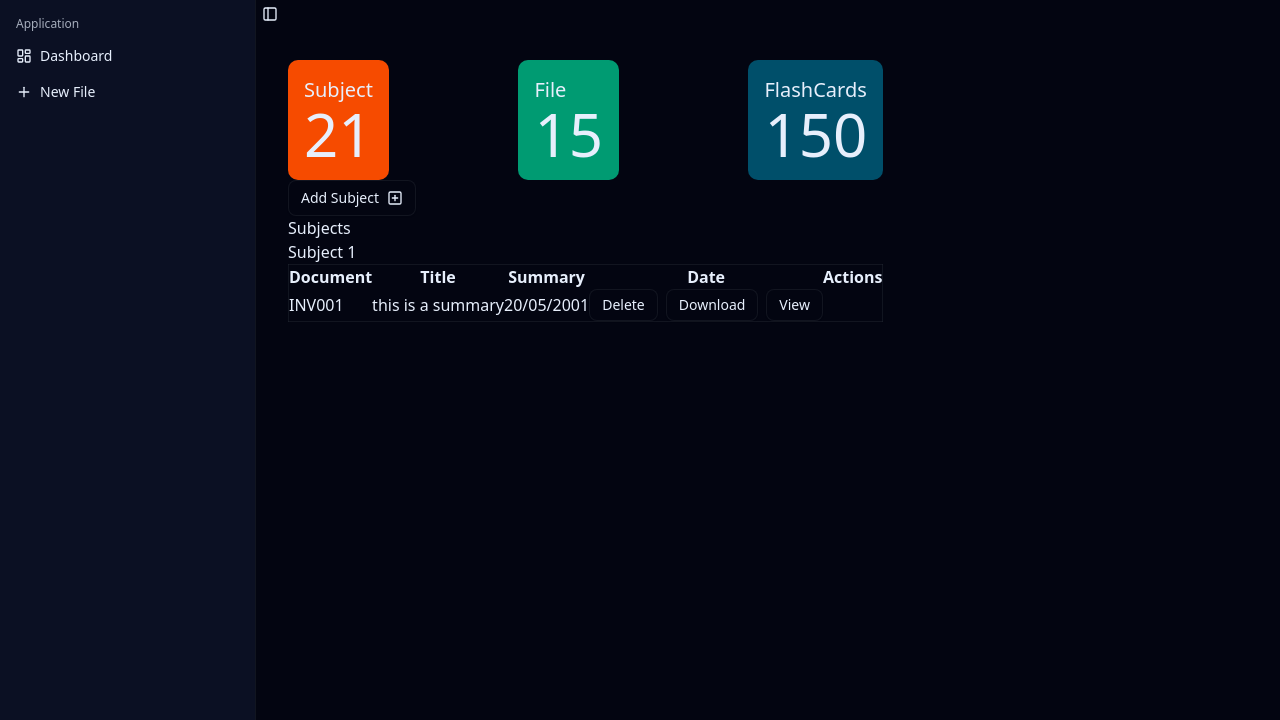
Repository: SywarDer/Student-Assistance
Page: /dashboard (app in student-assistant/)
The author's editor kept a copy of each file at every save. The page is drawn from the files as they stood at one save, then again after a run of saves.
The browser window is 1280 px wide. The pictures show the whole page.
The project was rebuilt for these pictures with package versions that can differ from the ones it lists, and the page was loaded fresh each time. The framework's server and built-in components were replaced by stand-ins that run in the browser. Also part of the build but not shown: student-assistant/next.config.ts, student-assistant/components/ui/input.tsx, student-assistant/components/ui/separator.tsx, student-assistant/components/ui/skeleton.tsx. Imported but missing from the stored project, and not drawn on this page: student-assistant/components/ui/sheet.

Above is the page before, as saved 2025-10-30 20:35:03.

### student-assistant/app/layout.tsx
import type { Metadata } from "next";
import { Geist, Geist_Mono } from "next/font/google";
import "./globals.css";
import { SidebarProvider, SidebarTrigger } from "@/components/ui/sidebar";
import { AppSidebar } from "./home/components/navBar";

const geistSans = Geist({
  variable: "--font-geist-sans",
  subsets: ["latin"],
});

const geistMono = Geist_Mono({
  variable: "--font-geist-mono",
  subsets: ["latin"],
});

export const metadata: Metadata = {
  title: "Create Next App",
  description: "Generated by create next app",
};

export default function RootLayout({
children,
}: Readonly<{
  children: React.ReactNode;
}>) {
  return (
    <html lang="en">
      <body
        className={`${geistSans.variable} ${geistMono.variable} antialiased`}
      >
        <SidebarProvider>
      <AppSidebar />
      <main>
        <SidebarTrigger />
        {children}
         </main>
    </SidebarProvider>
      </body>
    </html>
  );
}

### student-assistant/app/dashboard/page.tsx
import { Button } from "@/components/ui/button";
import { Input } from "@/components/ui/input";
import { TableCaption, TableHeader, TableRow, TableHead, TableBody, TableCell, TableFooter } from "@/components/ui/table";
import { Popover, PopoverTrigger, PopoverContent } from "@radix-ui/react-popover";
import { PlusSquare, Table } from "lucide-react";
import { Label } from "recharts";

export default function Dashboard() {
    const documents = [
        {
            id:"1",
            title: "INV001",
            date: "20/05/2001",
            summary: "this is a summary",
            actions: <div className="flex">
                <Button variant="outline" size="sm" className="mr-2">Delete</Button>
                <Button variant="outline" size="sm" className="mr-2">Download</Button>
                <Button variant="outline" size="sm">View</Button>
            </div>,
        }
    ]
    return (

        <div className="m-8">
            {/*Dashboard Cards*/}
            <div className="flex space-x-4 justify-between w-full">
                <div className="rounded-lg p-4" style={{
                    backgroundColor: "var(--chart-1)",
                    color: "var(--card-foreground)",
                }}>
                    <h1 className="text-xl">Subject</h1>
                    <h1 className="text-6xl">21</h1>
                </div>
                <div className="rounded-lg p-4" style={{
                    backgroundColor: "var(--chart-2)",
                    color: "var(--card-foreground)",
                }}>
                    <h1 className="text-xl">File</h1>
                    <h1 className="text-6xl">15</h1>
                </div>
                <div className="rounded-lg p-4" style={{
                    backgroundColor: "var(--chart-3)",
                    color: "var(--card-foreground)",
                }}>
                    <h1 className="text-xl">FlashCards</h1>
                    <h1 className="text-6xl">150</h1>
                </div>
            </div>

            {/* Button new subject */}
            <Popover>
                <PopoverTrigger asChild>
                    <Button variant="outline">Add Subject <PlusSquare /></Button>
                </PopoverTrigger>
                <PopoverContent className="w-80">
                    <div className="grid gap-4">
                        <div className="space-y-2">
                            <h4 className="leading-none font-medium">Subject</h4>
                            <p className="text-muted-foreground text-sm">
                                Set the details for the subject.
                            </p>
                        </div>
                        <div className="grid gap-2 ">
                            <div className="grid grid-cols-3 items-center gap-4">
                                <h1>Title</h1>
                                <Input
                                    id="width"
                                    defaultValue="100%"
                                    className="col-span-2 h-8"
                                />
                            </div>
                            <div className="grid grid-cols-3 items-center gap-4">
                                <h1>Summary</h1>
                                <Input
                                    id="maxWidth"
                                    defaultValue="300px"
                                    className="col-span-2 h-8"
                                />
                            </div>
                            <Button className="mt-4">Create Subject</Button>
                        </div>
                    </div>
                </PopoverContent>
            </Popover>

            {/** List of subjects */}

            <h1>Subjects</h1>

            <h1>Subject 1</h1>
            <table className="min-w-full border">
                <thead>
                    <tr>
                        <th>Document</th>
                        <th>Title</th>
                        <th>Summary</th>
                        <th>Date</th>
                        <th>Actions</th>
                    </tr>
                </thead>
                <tbody>
                    {documents.map((doc) => (
                        <tr key={doc.id}>
                            <td>{doc.title}</td>
                            <td>{doc.summary}</td>
                            <td>{doc.date}</td>
                            <td>{doc.actions}</td>
                        </tr>
                    ))}
                </tbody>
            </table>

        </div>

    )
}

### student-assistant/app/globals.css
@import "tailwindcss";
@import "tw-animate-css";

@custom-variant dark (&:is(.dark *));

@theme inline {
  --color-background: var(--background);
  --color-foreground: var(--foreground);
  --font-sans: var(--font-geist-sans);
  --font-mono: var(--font-geist-mono);
  --color-sidebar-ring: var(--sidebar-ring);
  --color-sidebar-border: var(--sidebar-border);
  --color-sidebar-accent-foreground: var(--sidebar-accent-foreground);
  --color-sidebar-accent: var(--sidebar-accent);
  --color-sidebar-primary-foreground: var(--sidebar-primary-foreground);
  --color-sidebar-primary: var(--sidebar-primary);
  --color-sidebar-foreground: var(--sidebar-foreground);
  --color-sidebar: var(--sidebar);
  --color-chart-5: var(--chart-5);
  --color-chart-4: var(--chart-4);
  --color-chart-3: var(--chart-3);
  --color-chart-2: var(--chart-2);
  --color-chart-1: var(--chart-1);
  --color-ring: var(--ring);
  --color-input: var(--input);
  --color-border: var(--border);
  --color-destructive: var(--destructive);
  --color-accent-foreground: var(--accent-foreground);
  --color-accent: var(--accent);
  --color-muted-foreground: var(--muted-foreground);
  --color-muted: var(--muted);
  --color-secondary-foreground: var(--secondary-foreground);
  --color-secondary: var(--secondary);
  --color-primary-foreground: var(--primary-foreground);
  --color-primary: var(--primary);
  --color-popover-foreground: var(--popover-foreground);
  --color-popover: var(--popover);
  --color-card-foreground: var(--card-foreground);
  --color-card: var(--card);
  --radius-sm: calc(var(--radius) - 4px);
  --radius-md: calc(var(--radius) - 2px);
  --radius-lg: var(--radius);
  --radius-xl: calc(var(--radius) + 4px);
}

:root {
  --radius: 0.625rem;

  /* Base dark background & text */
  --background: oklch(0.12 0.03 270);        /* Dark gray-blue */
  --foreground: oklch(0.95 0.02 260);        /* Soft white */

  /* Cards & popovers */
  --card: oklch(0.18 0.04 270);              /* Slightly lighter than background */
  --card-foreground: var(--foreground);
  --popover: oklch(0.18 0.04 270);
  --popover-foreground: var(--foreground);

  /* Primary & secondary */
  --primary: oklch(0.6 0.12 260);            /* Deep blue */
  --primary-foreground: var(--foreground);
  --secondary: oklch(0.45 0.08 280);         /* Soft purple */
  --secondary-foreground: var(--foreground);

  /* Muted & accents */
  --muted: oklch(0.2 0.03 270);
  --muted-foreground: oklch(0.7 0.02 260);
  --accent: oklch(0.65 0.15 350);            /* Magenta/pinkish accent */
  --accent-foreground: var(--foreground);

  /* Destructive actions */
  --destructive: oklch(0.6 0.25 30);         /* Dark red */
  --border: oklch(0.3 0.02 270 / 40%);
  --input: oklch(0.15 0.03 270);             /* Slightly darker than card */
  --ring: oklch(0.5 0.03 270);

  /* Charts */
  --chart-1: oklch(0.65 0.22 40);
  --chart-2: oklch(0.6 0.15 170);
  --chart-3: oklch(0.4 0.08 230);
  --chart-4: oklch(0.6 0.18 300);
  --chart-5: oklch(0.55 0.2 50);

  /* Sidebar */
  --sidebar: oklch(0.18 0.04 270);
  --sidebar-foreground: var(--foreground);
  --sidebar-primary: var(--primary);
  --sidebar-primary-foreground: var(--foreground);
  --sidebar-accent: var(--accent);
  --sidebar-accent-foreground: var(--foreground);
  --sidebar-border: oklch(0.3 0.02 270 / 40%);
  --sidebar-ring: oklch(0.5 0.03 270);
}

/* Optional light mode toggle */
.light {
  --background: oklch(0.98 0.02 260);       /* Light gray */
  --foreground: oklch(0.12 0.03 270);       /* Dark text */

  --card: oklch(0.99 0.03 260);
  --card-foreground: var(--foreground);
  --popover: oklch(0.99 0.03 260);
  --popover-foreground: var(--foreground);

  --primary: oklch(0.2 0.05 260);
  --primary-foreground: var(--foreground);
  --secondary: oklch(0.5 0.1 280);
  --secondary-foreground: var(--foreground);

  --muted: oklch(0.85 0.03 270);
  --muted-foreground: oklch(0.35 0.02 260);
  --accent: oklch(0.8 0.2 350);
  --accent-foreground: var(--foreground);

  --destructive: oklch(0.9 0.25 30);
  --border: oklch(0.8 0.02 270 / 30%);
  --input: oklch(0.95 0.03 260);
  --ring: oklch(0.7 0.03 270);

  --chart-1: oklch(0.65 0.22 40);
  --chart-2: oklch(0.6 0.15 170);
  --chart-3: oklch(0.4 0.08 230);
  --chart-4: oklch(0.6 0.18 300);
  --chart-5: oklch(0.55 0.2 50);

  --sidebar: oklch(0.95 0.03 260);
  --sidebar-foreground: var(--foreground);
  --sidebar-primary: var(--primary);
  --sidebar-primary-foreground: var(--foreground);
  --sidebar-accent: var(--accent);
  --sidebar-accent-foreground: var(--foreground);
  --sidebar-border: oklch(0.8 0.02 270 / 30%);
  --sidebar-ring: oklch(0.7 0.03 270);
}



@layer base {
  * {
    @apply border-border outline-ring/50;
  }
  body {
    @apply bg-background text-foreground;
  }
}

### student-assistant/app/home/components/navBar.tsx
import { Calendar, Home, Inbox, LayoutDashboardIcon, PlusIcon, Search, Settings } from "lucide-react"

import {
  Sidebar,
  SidebarContent,
  SidebarGroup,
  SidebarGroupContent,
  SidebarGroupLabel,
  SidebarMenu,
  SidebarMenuButton,
  SidebarMenuItem,
} from "@/components/ui/sidebar"


const items = [
  {
    title: "Dashboard",
    url: "/dashboard",
    icon: LayoutDashboardIcon,
  },
  {
    title: "New File",
    url: "/new-file",
    icon: PlusIcon,
  },

]

export function AppSidebar() {
  return (
    <Sidebar>
      <SidebarContent>
        <SidebarGroup>
          <SidebarGroupLabel>Application</SidebarGroupLabel>
          <SidebarGroupContent>
            <SidebarMenu>
              {items.map((item) => (
                <SidebarMenuItem key={item.title}>
                  <SidebarMenuButton asChild>
                    <a href={item.url}>
                      <item.icon />
                      <span>{item.title}</span>
                    </a>
                  </SidebarMenuButton>
                </SidebarMenuItem>
              ))}
            </SidebarMenu>
          </SidebarGroupContent>
        </SidebarGroup>
      </SidebarContent>
    </Sidebar>
  )
}

### student-assistant/components/ui/button.tsx
import * as React from "react"
import { Slot } from "@radix-ui/react-slot"
import { cva, type VariantProps } from "class-variance-authority"

import { cn } from "@/lib/utils"

const buttonVariants = cva(
  "inline-flex items-center justify-center gap-2 whitespace-nowrap rounded-md text-sm font-medium transition-all disabled:pointer-events-none disabled:opacity-50 [&_svg]:pointer-events-none [&_svg:not([class*='size-'])]:size-4 shrink-0 [&_svg]:shrink-0 outline-none focus-visible:border-ring focus-visible:ring-ring/50 focus-visible:ring-[3px] aria-invalid:ring-destructive/20 dark:aria-invalid:ring-destructive/40 aria-invalid:border-destructive",
  {
    variants: {
      variant: {
        default: "bg-primary text-primary-foreground hover:bg-primary/90",
        destructive:
          "bg-destructive text-white hover:bg-destructive/90 focus-visible:ring-destructive/20 dark:focus-visible:ring-destructive/40 dark:bg-destructive/60",
        outline:
          "border bg-background shadow-xs hover:bg-accent hover:text-accent-foreground dark:bg-input/30 dark:border-input dark:hover:bg-input/50",
        secondary:
          "bg-secondary text-secondary-foreground hover:bg-secondary/80",
        ghost:
          "hover:bg-accent hover:text-accent-foreground dark:hover:bg-accent/50",
        link: "text-primary underline-offset-4 hover:underline",
      },
      size: {
        default: "h-9 px-4 py-2 has-[>svg]:px-3",
        sm: "h-8 rounded-md gap-1.5 px-3 has-[>svg]:px-2.5",
        lg: "h-10 rounded-md px-6 has-[>svg]:px-4",
        icon: "size-9",
        "icon-sm": "size-8",
        "icon-lg": "size-10",
      },
    },
    defaultVariants: {
      variant: "default",
      size: "default",
    },
  }
)

function Button({
  className,
  variant,
  size,
  asChild = false,
  ...props
}: React.ComponentProps<"button"> &
  VariantProps<typeof buttonVariants> & {
    asChild?: boolean
  }) {
  const Comp = asChild ? Slot : "button"

  return (
    <Comp
      data-slot="button"
      className={cn(buttonVariants({ variant, size, className }))}
      {...props}
    />
  )
}

export { Button, buttonVariants }

### student-assistant/components/ui/tooltip.tsx
"use client"

import * as React from "react"
import * as TooltipPrimitive from "@radix-ui/react-tooltip"

import { cn } from "@/lib/utils"

function TooltipProvider({
  delayDuration = 0,
  ...props
}: React.ComponentProps<typeof TooltipPrimitive.Provider>) {
  return (
    <TooltipPrimitive.Provider
      data-slot="tooltip-provider"
      delayDuration={delayDuration}
      {...props}
    />
  )
}

function Tooltip({
  ...props
}: React.ComponentProps<typeof TooltipPrimitive.Root>) {
  return (
    <TooltipProvider>
      <TooltipPrimitive.Root data-slot="tooltip" {...props} />
    </TooltipProvider>
  )
}

function TooltipTrigger({
  ...props
}: React.ComponentProps<typeof TooltipPrimitive.Trigger>) {
  return <TooltipPrimitive.Trigger data-slot="tooltip-trigger" {...props} />
}

function TooltipContent({
  className,
  sideOffset = 0,
  children,
  ...props
}: React.ComponentProps<typeof TooltipPrimitive.Content>) {
  return (
    <TooltipPrimitive.Portal>
      <TooltipPrimitive.Content
        data-slot="tooltip-content"
        sideOffset={sideOffset}
        className={cn(
          "bg-foreground text-background animate-in fade-in-0 zoom-in-95 data-[state=closed]:animate-out data-[state=closed]:fade-out-0 data-[state=closed]:zoom-out-95 data-[side=bottom]:slide-in-from-top-2 data-[side=left]:slide-in-from-right-2 data-[side=right]:slide-in-from-left-2 data-[side=top]:slide-in-from-bottom-2 z-50 w-fit origin-(--radix-tooltip-content-transform-origin) rounded-md px-3 py-1.5 text-xs text-balance",
          className
        )}
        {...props}
      >
        {children}
        <TooltipPrimitive.Arrow className="bg-foreground fill-foreground z-50 size-2.5 translate-y-[calc(-50%_-_2px)] rotate-45 rounded-[2px]" />
      </TooltipPrimitive.Content>
    </TooltipPrimitive.Portal>
  )
}

export { Tooltip, TooltipTrigger, TooltipContent, TooltipProvider }

Loaded but not shown: student-assistant/hooks/use-mobile.ts (common file); student-assistant/lib/utils.ts (common file); student-assistant/components/ui/sidebar.tsx (726 lines, source omitted)

After the next 6 saves:
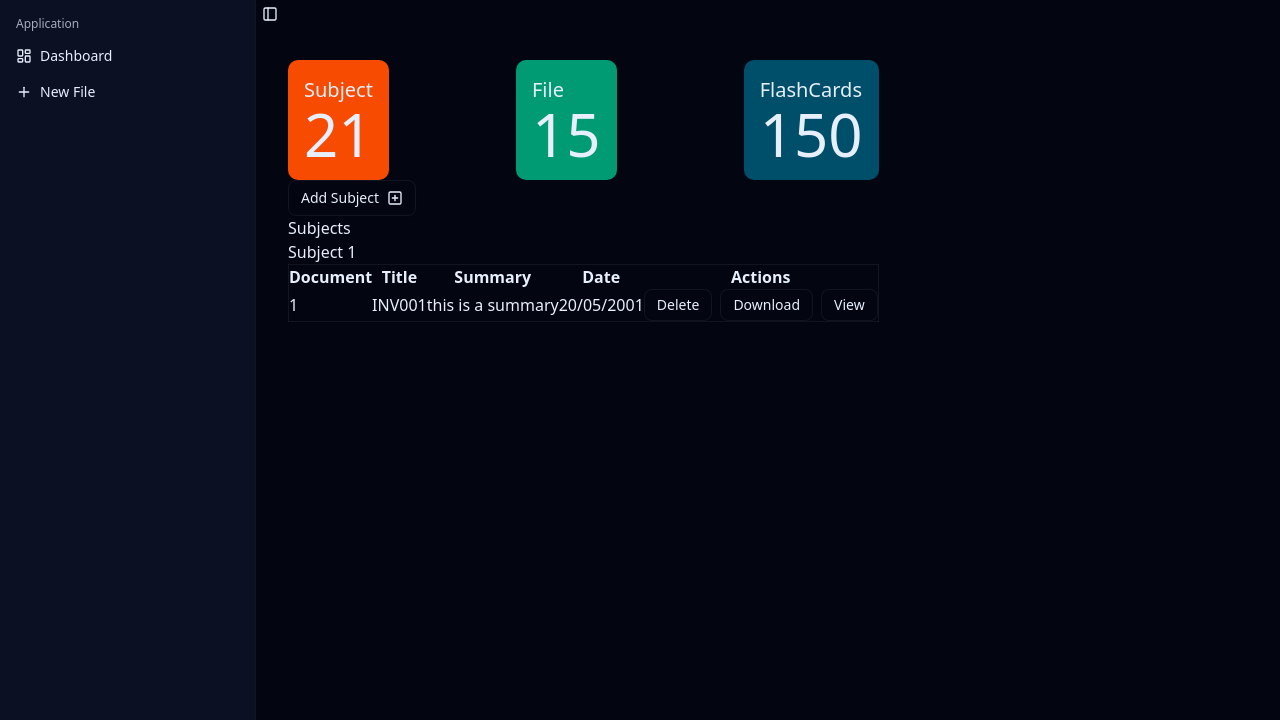
The 6 saves are shown as one change because they came seconds apart.
The last was saved 37 s later.
--- a/student-assistant/app/dashboard/page.tsx
+++ b/student-assistant/app/dashboard/page.tsx
@@ -101,6 +101,7 @@ export default function Dashboard() {
                 <tbody>
                     {documents.map((doc) => (
                         <tr key={doc.id}>
+                            <td>{doc.id}</td>
                             <td>{doc.title}</td>
                             <td>{doc.summary}</td>
                             <td>{doc.date}</td>
